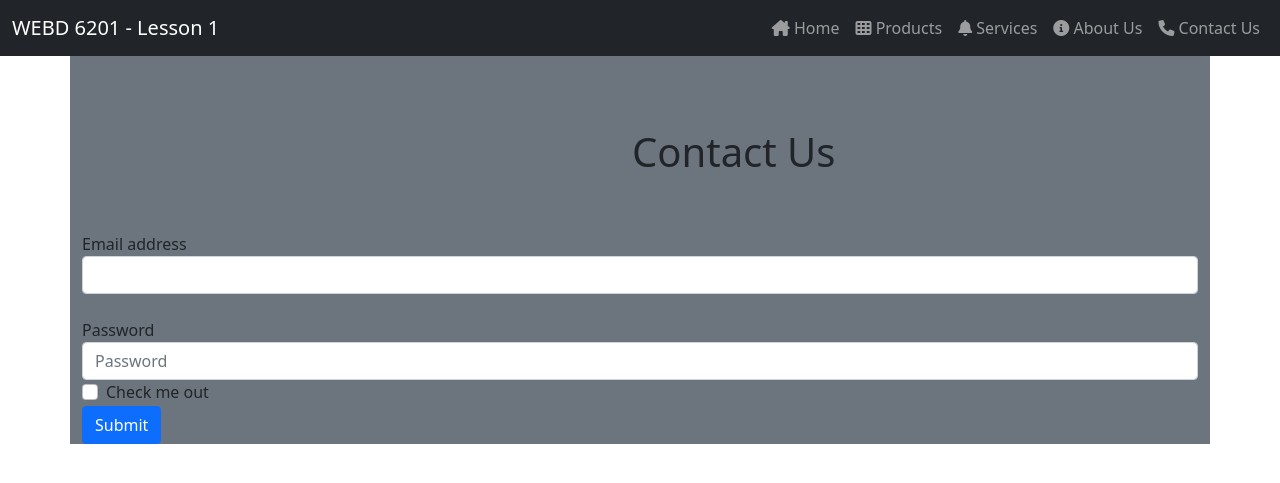
Repository: devanshudave1901/DevanshuDave_AngaranYogeswaranLab2
Page: contact.html
These files come from the project's save history. The page is drawn as it stood at one moment and after the next save; the edit follows.
The browser window is 1280 px wide. The pictures show the whole page.

Above is the page before, as saved 2022-02-10 12:13:51.

After the next save:
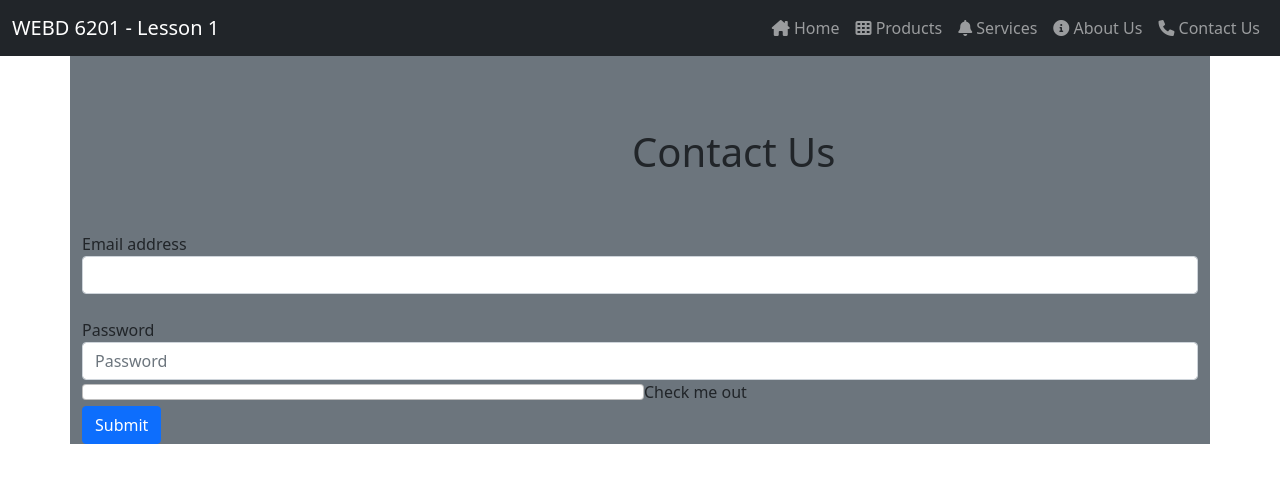
Saved 11 s later.
--- a/Content/app.css
+++ b/Content/app.css
@@ -14,4 +14,5 @@
 }
 
 input {
+  padding-left: 560px;
 }

After the save that followed:
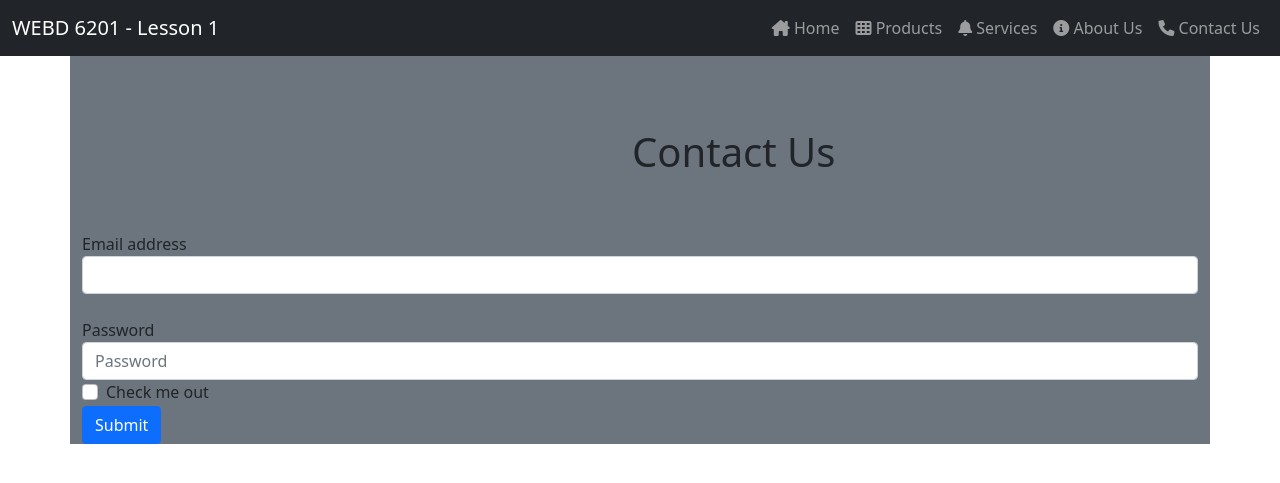
Saved 5 s later.
--- a/Content/app.css
+++ b/Content/app.css
@@ -14,5 +14,4 @@
 }
 
 input {
-  padding-left: 560px;
 }
